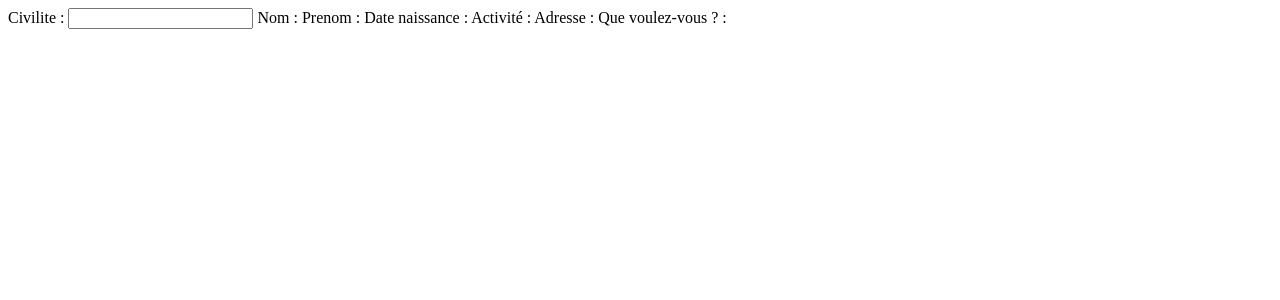
Repository: Douzal/AFCEPF_Architecte_Logiciel
Page: Workspace_Alexis/PremierWebv2/src/main/webapp/Form.html
The author's editor kept a copy of each file at every save. The page is drawn from the files as they stood at one save, then again after the next save.
The browser window is 1280 px wide. The pictures show the whole page.

Above is the page before, as saved 2018-03-14 13:41:39.

After the next save:
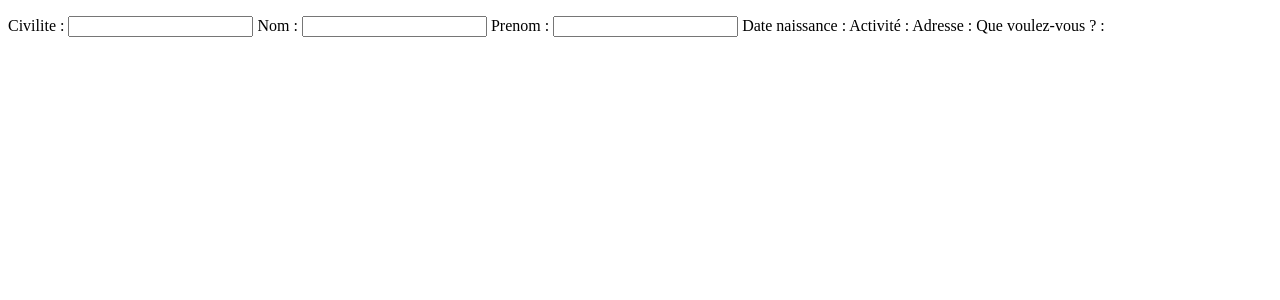
Saved 91 s later.
--- a/Workspace_Alexis/PremierWebv2/src/main/webapp/Form.html
+++ b/Workspace_Alexis/PremierWebv2/src/main/webapp/Form.html
@@ -7,13 +7,14 @@
 <body>
 
 <form action="" method="get">
-	<label>Civilite : </label><input id="civ" name="civ" type="text"></input>
-	<label>Nom : </label>
-	<label>Prenom : </label>
+	<p><label>Civilite : </label><input id="civ" name="civ" type="text"></input>
+	<label>Nom : </label><input id="nom" name="nom" type="text"></input>
+	<label>Prenom : </label><input id="prenom" name=""prenom"" type="text"></input>
 	<label>Date naissance : </label>
 	<label>Activité : </label>
 	<label>Adresse : </label>
 	<label>Que voulez-vous ? : </label>
+	</p>
 </form>
 
 
